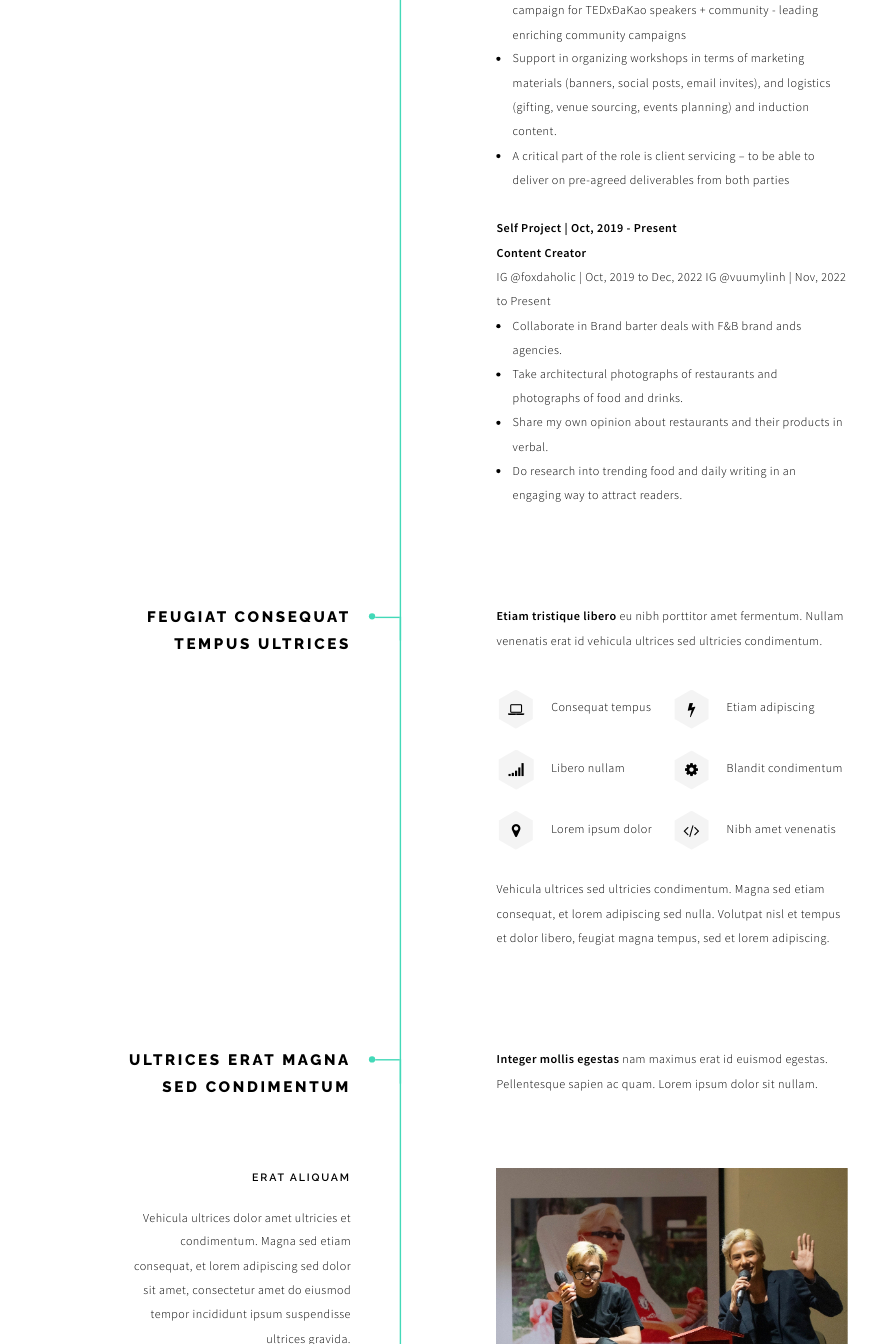
Repository: leonardin999/linh-porfolios
Page: index.html
An editor plug-in stored every save of this project. The page is shown before and after the next save, followed by the edit.
The browser window is 1280 px wide. The pictures show the part of the page from y = 2040 to 3960 px (the page is 7843 px tall before and 7885 px after), at 70% of full size.

Above is the page before, as saved 2023-01-24 10:26:15.

### index.html
<!DOCTYPE html>
<!--
	Paradigm Shift by HTML5 UP
	html5up.net | @ajlkn
	Free for personal and commercial use under the CCA 3.0 license (html5up.net/license)
-->
<html>
  <head>
    <title>Linh's Porfolio</title>
    <meta charset="utf-8" />
    <meta
      name="viewport"
      content="width=device-width, initial-scale=1, user-scalable=no"
    />
    <meta name="description" content="" />
    <meta name="keywords" content="" />
    <link rel="stylesheet" href="assets/css/main.css" />
  </head>
  <body class="is-preload">
    <!-- Wrapper -->
    <div id="wrapper">
      <!-- Intro -->
      <section class="intro">
        <header>
          <h1>PARTNERSHIP MARKETING EXECUTIVE</h1>
          <p>
            I believe in "edutainment" which can help everyone absorb knowledge
            easily. I am interested in both education and entertainment and
            combine them in my projects.
          </p>
          <ul class="actions">
            <li>
              <a href="#first" class="arrow scrolly"
                ><span class="label">Next</span></a
              >
            </li>
          </ul>
        </header>
        <div class="content">
          <span class="image fill" data-position="center"
            ><img src="images/pic01.jpg" alt=""
          /></span>
        </div>
      </section>

      <!-- Section -->
      <section id="first">
        <header>
          <h2>Experiences</h2>
        </header>
        <div class="content">
            <strong>METUB NETWORK | May, 2021 - Present</strong>
            <br><strong>Partnership Marketing Executive</strong></br>
            <ul class="">
              <li class="">Create awareness of marketing campaigns to train and educate YouTube creators to grow their channels</li>
              <li class="">Write copy for diverse marketing distributions (posters, Facebook posts for events, newsletters)</li>
              <li class="">Work closely with in-house Creative team to design marketing materials such as brochures, deck templates, newsletters, event posters</li>
              <li class="">Support in producing Monthly Newsletters to creators and YouTube partners, highlighting trending content and YouTube platform updates</li>
              <li class="">Support in partner- related projects and workshops as assigned by direct manager</li>
              <li class="">Support in organizing workshops in terms of marketing materials (banners, social posts, email invites), and logistics (gifting, venue sourcing, events planning) and induction content.</li>
              <li class="">Coordinate in Brand barter deals with Accounts team and Partner Management team</li>
            </ul>

            <strong>TEDxĐaKao | Nov, 2018 - Present</strong>
            <br><strong>Assistant to Organizer</strong></br>
            <ul class="">
              <li class="">Conduct overall marketing and growth plans in conjunction with the team; Mainly about building, branding and promoting information of TEDxĐaKao Speakers/ Ideas worth spreading.</li>
              <li class="">Scan the market for leads, ensure rigorous follow-ups and meetings</li>
              <li class="">Work closely with in-house Creative team to design marketing materials such as brochures, deck templates, newsletters, event posters</li>
              <li class="">Monitor industry activity and market trends relevant to the sponsorship of TEDxĐaKao</li>
              <li class="">Identify and execute pre-event, during events, and post-event stories, potential workshops/campaign and build growth campaign for TEDxĐaKao speakers + community - leading enriching community campaigns</li>
              <li class="">Support in organizing workshops in terms of marketing materials (banners, social posts, email invites), and logistics (gifting, venue sourcing, events planning) and induction content.</li>
              <li class="">A critical part of the role is client servicing – to be able to deliver on pre-agreed deliverables from both parties</li>
            </ul>


            <strong>Self Project | Oct, 2019 - Present</strong>
            <br><strong>Content Creator</strong></br>
            <div>
              <span>IG @foxdaholic | Oct, 2019 to Dec, 2022</span>
              <span>IG @vuumylinh  | Nov, 2022 to Present</span>
            </div>
            <ul class="">
              <li class="">Collaborate in Brand barter deals with F&B brand ands agencies.</li>
              <li class="">Take architectural photographs of restaurants and photographs of food and drinks.</li>
              <li class="">Share my own opinion about restaurants and their products in verbal.</li>
              <li class="">Do research into trending food and daily writing in an engaging way to attract readers.</li>
            </ul>
          </p>
        </div>
      </section>

      <!-- Section -->
      <section>
        <header>
          <h2>Feugiat consequat tempus ultrices</h2>
        </header>
        <div class="content">
          <p>
            <strong>Etiam tristique libero</strong> eu nibh porttitor amet
            fermentum. Nullam venenatis erat id vehicula ultrices sed ultricies
            condimentum.
          </p>
          <ul class="feature-icons">
            <li class="icon fa-laptop">Consequat tempus</li>
            <li class="icon fa-bolt">Etiam adipiscing</li>
            <li class="icon fa-signal">Libero nullam</li>
            <li class="icon fa-gear">Blandit condimentum</li>
            <li class="icon fa-map-marker">Lorem ipsum dolor</li>
            <li class="icon fa-code">Nibh amet venenatis</li>
          </ul>
          <p>
            Vehicula ultrices sed ultricies condimentum. Magna sed etiam
            consequat, et lorem adipiscing sed nulla. Volutpat nisl et tempus et
            dolor libero, feugiat magna tempus, sed et lorem adipiscing.
          </p>
        </div>
      </section>

      <!-- Section -->
      <section>
        <header>
          <h2>Ultrices erat magna sed condimentum</h2>
        </header>
        <div class="content">
          <p>
            <strong>Integer mollis egestas</strong> nam maximus erat id euismod
            egestas. Pellentesque sapien ac quam. Lorem ipsum dolor sit nullam.
          </p>

          <!-- Section -->
          <section>
            <header>
              <h3>Erat aliquam</h3>
              <p>
                Vehicula ultrices dolor amet ultricies et condimentum. Magna sed
                etiam consequat, et lorem adipiscing sed dolor sit amet,
                consectetur amet do eiusmod tempor incididunt ipsum suspendisse
                ultrices gravida.
              </p>
            </header>
            <div class="content">
              <div class="gallery">
                <a href="images/gallery/fulls/01.jpg" class="landscape"
                  ><img src="images/gallery/thumbs/01.jpg" alt=""
                /></a>
                <a href="images/gallery/fulls/02.jpg"
                  ><img src="images/gallery/thumbs/02.jpg" alt=""
                /></a>
                <a href="images/gallery/fulls/03.jpg"
                  ><img src="images/gallery/thumbs/03.jpg" alt=""
                /></a>
                <a href="images/gallery/fulls/04.jpg" class="landscape"
                  ><img src="images/gallery/thumbs/04.jpg" alt=""
                /></a>
              </div>
            </div>
          </section>

          <!-- Section -->
          <section>
            <header>
              <h3>Nisl consequat</h3>
              <p>
                Aenean ornare velit lacus, ac varius enim ullamcorper eu. Proin
                aliquam sed facilisis ante interdum congue. Integer mollis, nisl
                amet convallis, porttitor magna ullamcorper, amet mauris. Ut
                magna finibus nisi nec lacinia ipsum maximus.
              </p>
            </header>
            <div class="content">
              <div class="gallery">
                <a href="images/gallery/fulls/05.jpg" class="landscape"
                  ><img src="images/gallery/thumbs/05.jpg" alt=""
                /></a>
                <a href="images/gallery/fulls/06.jpg"
                  ><img src="images/gallery/thumbs/06.jpg" alt=""
                /></a>
                <a href="images/gallery/fulls/07.jpg"
                  ><img src="images/gallery/thumbs/07.jpg" alt=""
                /></a>
              </div>
            </div>
          </section>

          <!-- Section -->
          <section>
            <header>
              <h3>Lorem gravida</h3>
              <p>
                Proin aliquam facilisis ante interdum. Sed nulla amet lorem
                feugiat tempus aenean ornare velit lacus, ac varius sed enim
                lorem ullamcorper dolore. ac varius enim lorem ullamcorper
                dolore. Proin aliquam facilisis.
              </p>
            </header>
            <div class="content">
              <div class="gallery">
                <a href="images/gallery/fulls/08.jpg" class="portrait"
                  ><img src="images/gallery/thumbs/08.jpg" alt=""
                /></a>
                <a href="images/gallery/fulls/09.jpg" class="portrait"
                  ><img src="images/gallery/thumbs/09.jpg" alt=""
                /></a>
                <a href="images/gallery/fulls/10.jpg" class="landscape"
                  ><img src="images/gallery/thumbs/10.jpg" alt=""
                /></a>
              </div>
            </div>
          </section>
        </div>
      </section>

      <!-- Section -->
      <section>
        <header>
          <h2>Duis sed adpiscing veroeros amet</h2>
        </header>
        <div class="content">
          <p>
            <strong>Proin tempus feugiat</strong> sed varius enim lorem
            ullamcorper dolore aliquam aenean ornare velit lacus, ac varius enim
            lorem ullamcorper dolore.
          </p>
          <ul class="actions">
            <li><a href="#" class="button primary large">Get Started</a></li>
            <li><a href="#" class="button large">Learn More</a></li>
          </ul>
        </div>
      </section>

      <!-- Elements -->
      <!--
					<section>
						<header>
							<h2>Elements</h2>
						</header>
						<div class="content">

							<section>
								<header>
									<h3>Text</h3>
								</header>
								<div class="content">
									<p>This is <b>bold</b> and this is <strong>strong</strong>. This is <i>italic</i> and this is <em>emphasized</em>.
									This is <sup>superscript</sup> text and this is <sub>subscript</sub> text.
									This is <u>underlined</u> and this is code: <code>for (;;) { ... }</code>. Finally, <a href="#">this is a link</a>.</p>
									<hr />
									<h2>Heading Level 2</h2>
									<h3>Heading Level 3</h3>
									<h4>Heading Level 4</h4>
									<h5>Heading Level 5</h5>
									<hr />
									<h5>Blockquote</h5>
									<blockquote>Fringilla nisl. Donec accumsan interdum nisi, quis tincidunt felis sagittis eget tempus euismod. Vestibulum ante ipsum primis in faucibus vestibulum. Blandit adipiscing eu felis iaculis volutpat ac adipiscing accumsan faucibus. Vestibulum ante ipsum primis in faucibus lorem ipsum dolor sit amet nullam adipiscing eu felis.</blockquote>
									<h5>Preformatted</h5>
									<pre><code>i = 0;

while (!deck.isInOrder()) {
  print 'Iteration ' + i;
  deck.shuffle();
  i++;
}

print 'Sorted in ' + i + ' iterations.';</code></pre>
								</div>
							</section>

							<section>
								<header>
									<h3>Lists</h3>
								</header>
								<div class="content">

									<h4>Unordered</h4>
									<ul>
										<li>Dolor pulvinar etiam.</li>
										<li>Sagittis adipiscing.</li>
										<li>Felis enim feugiat.</li>
									</ul>

									<h4>Alternate</h4>
									<ul class="alt">
										<li>Dolor pulvinar etiam.</li>
										<li>Sagittis adipiscing.</li>
										<li>Felis enim feugiat.</li>
									</ul>

									<h4>Ordered</h4>
									<ol>
										<li>Dolor pulvinar etiam.</li>
										<li>Etiam vel felis viverra.</li>
										<li>Felis enim feugiat.</li>
										<li>Dolor pulvinar etiam.</li>
										<li>Etiam vel felis lorem.</li>
										<li>Felis enim et feugiat.</li>
									</ol>
									<h4>Icons</h4>
									<ul class="icons">
										<li><a href="#" class="icon fa-twitter"><span class="label">Twitter</span></a></li>
										<li><a href="#" class="icon fa-facebook"><span class="label">Facebook</span></a></li>
										<li><a href="#" class="icon fa-instagram"><span class="label">Instagram</span></a></li>
										<li><a href="#" class="icon fa-github"><span class="label">Github</span></a></li>
									</ul>

									<h4>Actions</h4>
									<ul class="actions">
										<li><a href="#" class="button primary">Default</a></li>
										<li><a href="#" class="button">Default</a></li>
									</ul>
									<ul class="actions stacked">
										<li><a href="#" class="button primary">Default</a></li>
										<li><a href="#" class="button">Default</a></li>
									</ul>
								</div>
							</section>

							<section>
								<header>
									<h3>Table</h3>
								</header>
								<div class="content">
									<h4>Default</h4>
									<div class="table-wrapper">
										<table>
											<thead>
												<tr>
													<th>Name</th>
													<th>Description</th>
													<th>Price</th>
												</tr>
											</thead>
											<tbody>
												<tr>
													<td>Item One</td>
													<td>Ante turpis integer aliquet porttitor.</td>
													<td>29.99</td>
												</tr>
												<tr>
													<td>Item Two</td>
													<td>Vis ac commodo adipiscing arcu aliquet.</td>
													<td>19.99</td>
												</tr>
												<tr>
													<td>Item Three</td>
													<td> Morbi faucibus arcu accumsan lorem.</td>
													<td>29.99</td>
												</tr>
												<tr>
													<td>Item Four</td>
													<td>Vitae integer tempus condimentum.</td>
													<td>19.99</td>
												</tr>
												<tr>
													<td>Item Five</td>
													<td>Ante turpis integer aliquet porttitor.</td>
													<td>29.99</td>
												</tr>
											</tbody>
											<tfoot>
												<tr>
													<td colspan="2"></td>
													<td>100.00</td>
												</tr>
											</tfoot>
										</table>
									</div>

									<h4>Alternate</h4>
									<div class="table-wrapper">
										<table class="alt">
											<thead>
												<tr>
													<th>Name</th>
													<th>Description</th>
													<th>Price</th>
												</tr>
											</thead>
											<tbody>
												<tr>
													<td>Item One</td>
													<td>Ante turpis integer aliquet porttitor.</td>
													<td>29.99</td>
												</tr>
												<tr>
													<td>Item Two</td>
													<td>Vis ac commodo adipiscing arcu aliquet.</td>
													<td>19.99</td>
												</tr>
												<tr>
													<td>Item Three</td>
													<td> Morbi faucibus arcu accumsan lorem.</td>
													<td>29.99</td>
												</tr>
												<tr>
													<td>Item Four</td>
													<td>Vitae integer tempus condimentum.</td>
													<td>19.99</td>
												</tr>
												<tr>
													<td>Item Five</td>
													<td>Ante turpis integer aliquet porttitor.</td>
													<td>29.99</td>
												</tr>
											</tbody>
											<tfoot>
												<tr>
													<td colspan="2"></td>
													<td>100.00</td>
												</tr>
											</tfoot>
										</table>
									</div>
								</div>
							</section>

							<section>
								<header>
									<h3>Buttons</h3>
								</header>
								<div class="content">
									<ul class="actions">
										<li><a href="#" class="button primary">Primary</a></li>
										<li><a href="#" class="button">Default</a></li>
									</ul>
									<ul class="actions">
										<li><a href="#" class="button large">Large</a></li>
										<li><a href="#" class="button">Default</a></li>
										<li><a href="#" class="button small">Small</a></li>
									</ul>
									<ul class="actions">
										<li><a href="#" class="button primary icon fa-download">Icon</a></li>
										<li><a href="#" class="button icon fa-download">Icon</a></li>
									</ul>
									<ul class="actions">
										<li><span class="button primary disabled">Disabled</span></li>
										<li><span class="button disabled">Disabled</span></li>
									</ul>
								</div>
							</section>

							<section>
								<header>
									<h3>Form</h3>
								</header>
								<div class="content">
									<form method="post" action="#">
										<div class="fields">
											<div class="field half">
												<label for="demo-name">Name</label>
												<input type="text" name="demo-name" id="demo-name" value="" placeholder="Jane Doe" />
											</div>
											<div class="field half">
												<label for="demo-email">Email</label>
												<input type="email" name="demo-email" id="demo-email" value="" placeholder="jane@untitled.tld" />
											</div>
											<div class="field">
												<label for="demo-category">Category</label>
												<select name="demo-category" id="demo-category">
													<option value="">-</option>
													<option value="1">Manufacturing</option>
													<option value="1">Shipping</option>
													<option value="1">Administration</option>
													<option value="1">Human Resources</option>
												</select>
											</div>
											<div class="field half">
												<input type="radio" id="demo-priority-low" name="demo-priority" checked>
												<label for="demo-priority-low">Low</label>
											</div>
											<div class="field half">
												<input type="radio" id="demo-priority-high" name="demo-priority">
												<label for="demo-priority-high">High</label>
											</div>
											<div class="field half">
												<input type="checkbox" id="demo-copy" name="demo-copy">
												<label for="demo-copy">Email me a copy</label>
											</div>
											<div class="field half">
												<input type="checkbox" id="demo-human" name="demo-human" checked>
												<label for="demo-human">Not a robot</label>
											</div>
											<div class="field">
												<label for="demo-message">Message</label>
												<textarea name="demo-message" id="demo-message" placeholder="Enter your message" rows="6"></textarea>
											</div>
										</div>
										<ul class="actions">
											<li><input type="submit" value="Send Message" class="primary" /></li>
											<li><input type="reset" value="Reset" /></li>
										</ul>
									</form>
								</div>
							</section>

						</div>
					</section>
				-->

      <!-- Section -->
      <section>
        <header>
          <h2>Get in touch</h2>
        </header>
        <div class="content">
          <p>
            <strong>Auctor commodo</strong> interdum et malesuada fames ac ante
            ipsum primis in faucibus. Pellentesque venenatis dolor imperdiet
            dolor mattis sagittis.
          </p>
          <form>
            <div class="fields">
              <div class="field half">
                <input type="text" name="name" id="name" placeholder="Name" />
              </div>
              <div class="field half">
                <input
                  type="email"
                  name="email"
                  id="email"
                  placeholder="Email"
                />
              </div>
              <div class="field">
                <textarea
                  name="message"
                  id="message"
                  placeholder="Message"
                  rows="7"
                ></textarea>
              </div>
            </div>
            <ul class="actions">
              <li>
                <input
                  type="submit"
                  value="Send Message"
                  class="button primary"
                />
              </li>
            </ul>
          </form>
        </div>
        <footer>
          <ul class="items">
            <li>
              <h3>Email</h3>
              <a href="#">information@untitled.ext</a>
            </li>
            <li>
              <h3>Phone</h3>
              <a href="#">(000) 000-0000</a>
            </li>
            <li>
              <h3>Address</h3>
              <span>1234 Somewhere Road, Nashville, TN 00000</span>
            </li>
            <li>
              <h3>Elsewhere</h3>
              <ul class="icons">
                <li>
                  <a href="#" class="icon fa-twitter"
                    ><span class="label">Twitter</span></a
                  >
                </li>
                <li>
                  <a href="#" class="icon fa-facebook"
                    ><span class="label">Facebook</span></a
                  >
                </li>
                <li>
                  <a href="#" class="icon fa-instagram"
                    ><span class="label">Instagram</span></a
                  >
                </li>
                <li>
                  <a href="#" class="icon fa-linkedin"
                    ><span class="label">LinkedIn</span></a
                  >
                </li>
                <li>
                  <a href="#" class="icon fa-github"
                    ><span class="label">GitHub</span></a
                  >
                </li>
                <li>
                  <a href="#" class="icon fa-codepen"
                    ><span class="label">Codepen</span></a
                  >
                </li>
              </ul>
            </li>
          </ul>
        </footer>
      </section>

      <!-- Copyright -->
      <div class="copyright">
        &copy; Untitled. All rights reserved. Design:
        <a href="https://html5up.net">HTML5 UP</a>. Distributed by
        <a href="https://themewagon.com/">ThemeWagon</a>
      </div>
    </div>

    <!-- Scripts -->
    <script src="assets/js/jquery.min.js"></script>
    <script src="assets/js/jquery.scrolly.min.js"></script>
    <script src="assets/js/browser.min.js"></script>
    <script src="assets/js/breakpoints.min.js"></script>
    <script src="assets/js/util.js"></script>
    <script src="assets/js/main.js"></script>
  </body>
</html>

Loaded but not shown: assets/js/jquery.min.js (library); assets/js/jquery.scrolly.min.js (common file); assets/js/browser.min.js (common file); assets/js/breakpoints.min.js (common file); assets/css/font-awesome.min.css (library); assets/js/util.js (587 lines, source omitted); assets/js/main.js (208 lines, source omitted); assets/css/main.css (3922 lines, source omitted)

After the next save:
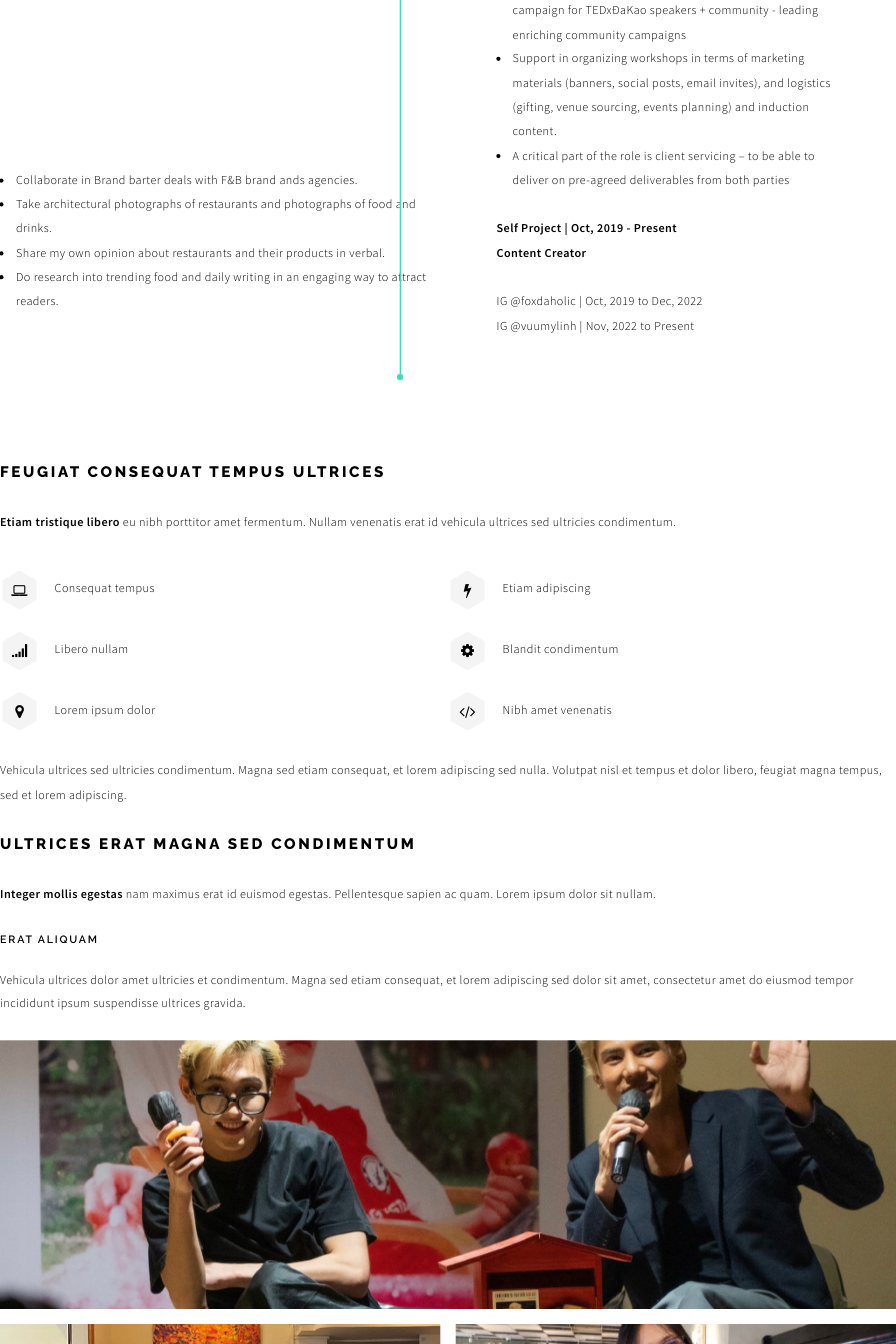
Saved 42 s later.
--- a/index.html
+++ b/index.html
@@ -76,9 +76,9 @@
 
             <strong>Self Project | Oct, 2019 - Present</strong>
             <br><strong>Content Creator</strong></br>
-            <div>
+            <br>
               <span>IG @foxdaholic | Oct, 2019 to Dec, 2022</span>
-              <span>IG @vuumylinh  | Nov, 2022 to Present</span>
+              <span><br>IG @vuumylinh  | Nov, 2022 to Present</span></br></span>
             </div>
             <ul class="">
               <li class="">Collaborate in Brand barter deals with F&B brand ands agencies.</li>
